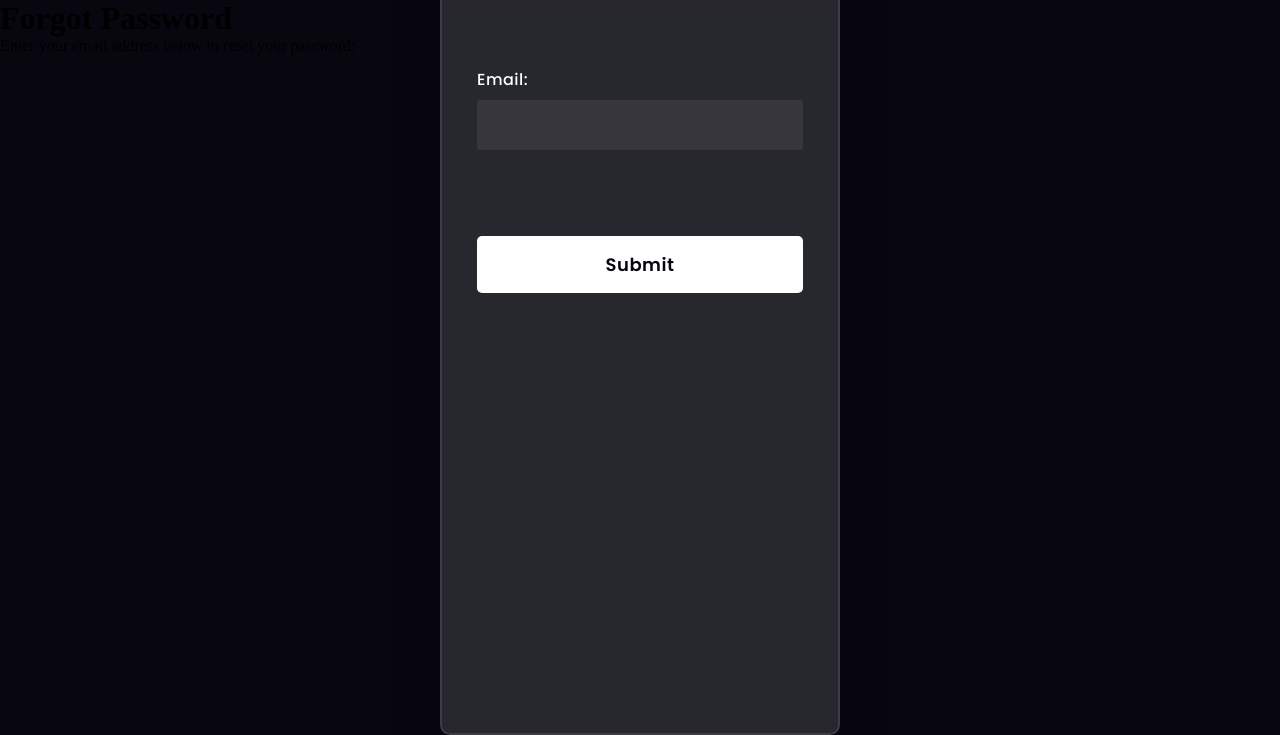
Repository: NguyenHuy-lang/FE-project
Page: sign-in-up/forgot-password.html
The author's editor kept a copy of each file at every save. The page is drawn from the files as they stood at one save, then again after a run of saves.
The browser window is 1280 px wide. The pictures show the whole page.

Above is the page before, as saved 2023-05-11 16:53:48.

After the next 2 saves:
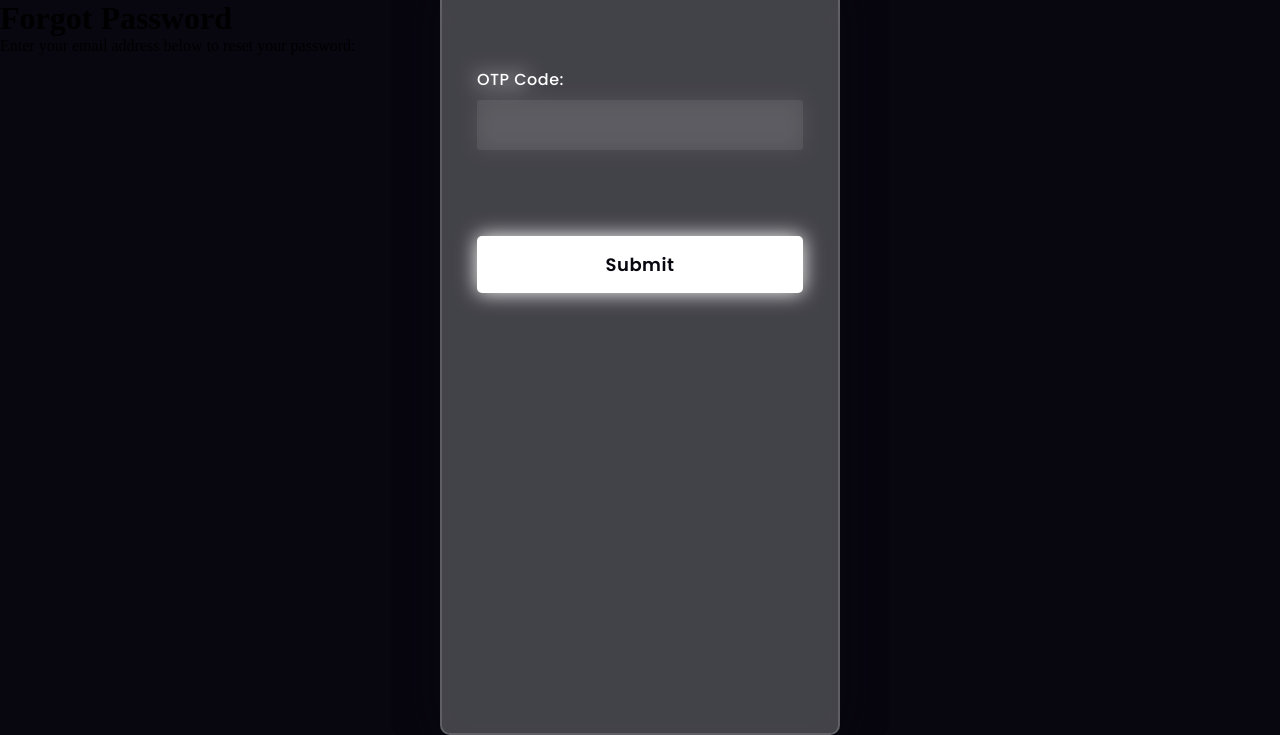
The 2 saves are shown as one change because they came seconds apart.
The last was saved 11 min 46 s later.
--- a/sign-in-up/forgot-password.html
+++ b/sign-in-up/forgot-password.html
@@ -157,6 +157,14 @@
         <br><br>
         <button onclick="forgotPassword()">Submit</button>
     </form>
+
+    <form id="my-form">
+        <label for="otp">OTP Code:</label>
+        <input type="text" id="otp" name="otp" required>
+        <br><br>
+        <button onclick="submitOTP()">Submit</button>
+    </form>
+
 </body>
 <script>
     const form = document.getElementById("my-form");

After the 2 saves that followed:
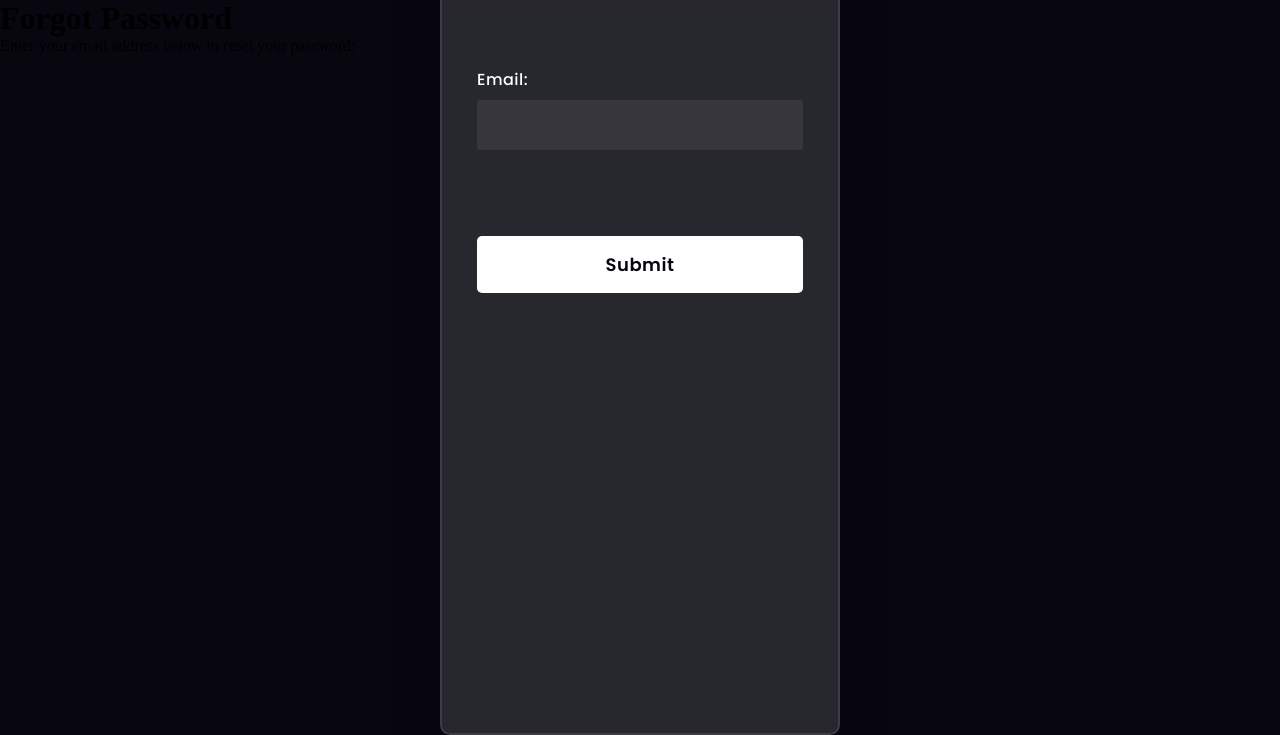
The 2 saves are shown as one change because 1 left the picture as it was.
The last was saved 25 s later.
--- a/sign-in-up/forgot-password.html
+++ b/sign-in-up/forgot-password.html
@@ -158,12 +158,7 @@
         <button onclick="forgotPassword()">Submit</button>
     </form>
 
-    <form id="my-form">
-        <label for="otp">OTP Code:</label>
-        <input type="text" id="otp" name="otp" required>
-        <br><br>
-        <button onclick="submitOTP()">Submit</button>
-    </form>
+
 
 </body>
 <script>
